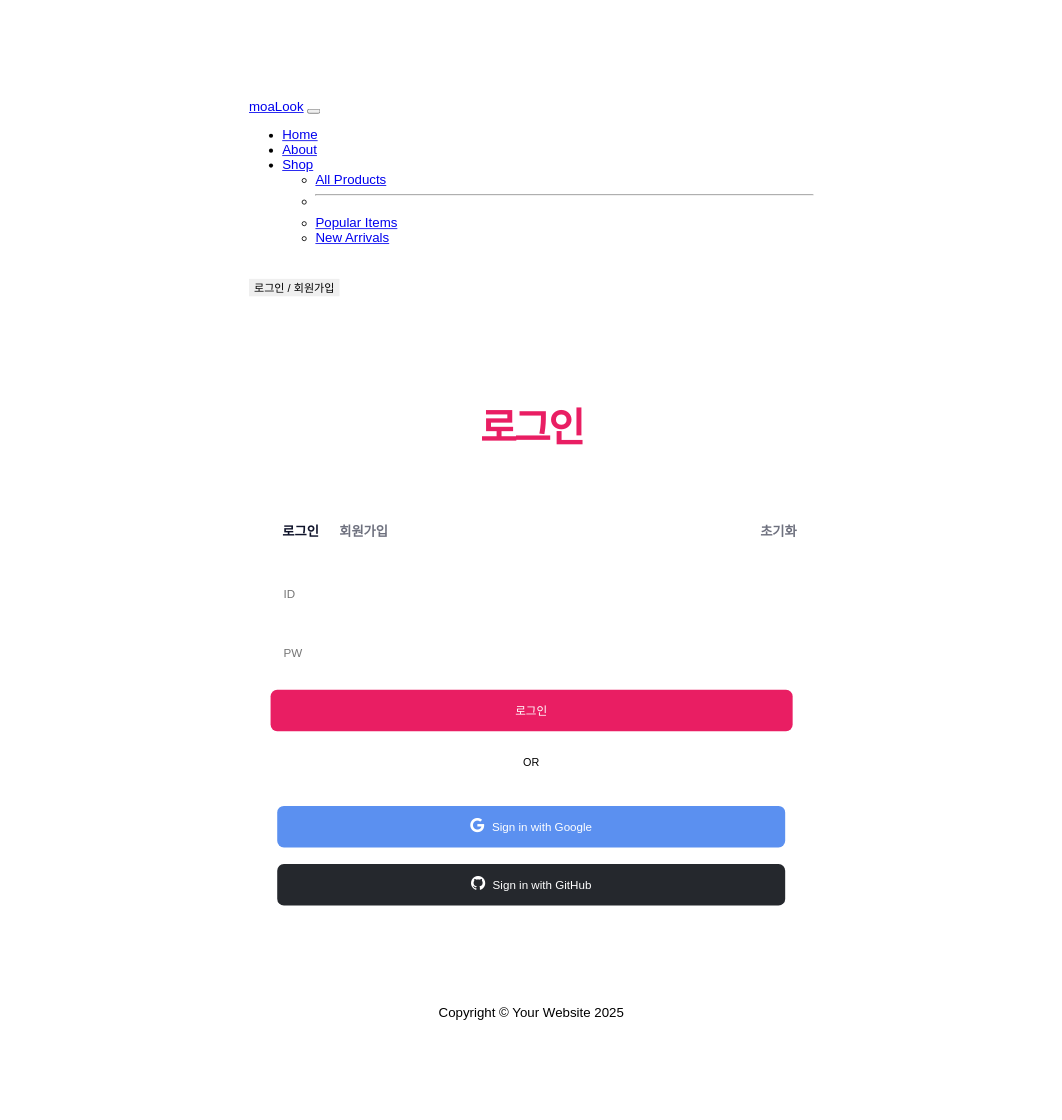
Repository: min7385/2025_moaLook_project
Page: http://localhost/moaLook/WEB-INF/views/member/registView.jsp
The author's editor kept a copy of each file at every save. The page is drawn from the files as they stood at one save, then again after the next save.
The browser window is 1280 px wide. The pictures show the whole page, at 83% of full size.
The page is served by Tomcat 9. Nobody is signed in. The template is opened directly, without the code that normally fills it, so the values that code supplies are empty.

Above is the page before, as saved 2025-04-11 03:15:08.

After the next save:
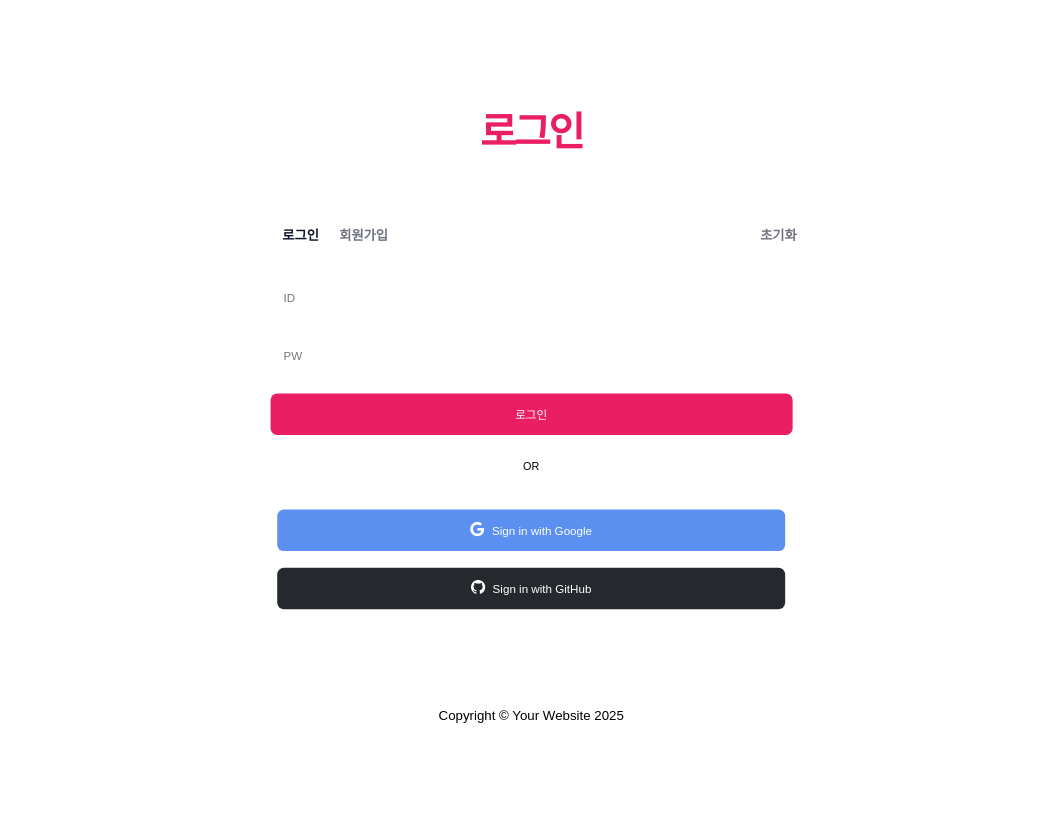
Saved 18 s later.
--- a/moaLook/src/main/webapp/WEB-INF/views/member/registView.jsp
+++ b/moaLook/src/main/webapp/WEB-INF/views/member/registView.jsp
@@ -25,9 +25,6 @@
 
 </head>
 <body>
-
-	<jsp:include page="/WEB-INF/inc/top.jsp"></jsp:include>
-
 	<div class="container">
 		<!-- Heading -->
 		<h1>로그인</h1>
